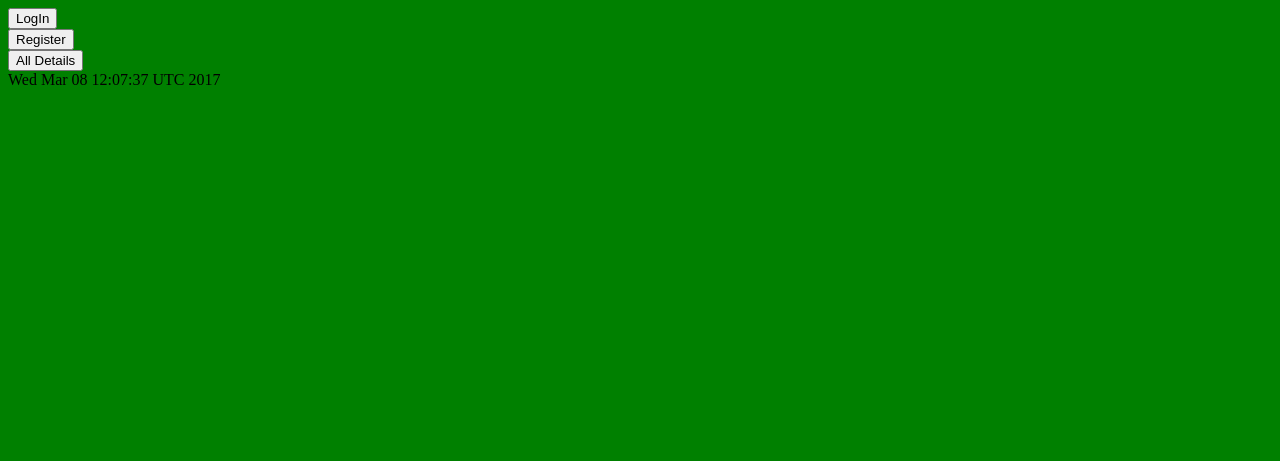
Repository: iamvinayhv/Servlet
Page: http://localhost/EmployeeApp/jsp/welcome.jsp
An editor plug-in stored every save of this project. The page is shown before and after the next save, followed by the edit.
The browser window is 1280 px wide. The pictures show the whole page.
The page is served by Tomcat 9. Other server files are loaded and not shown.

Above is the page before, as saved 2017-03-09 13:42:52.

### EmployeeApp/WebContent/jsp/welcome.jsp
<%@ page language="java" contentType="text/html; charset=UTF-8" import="java.util.*"
    pageEncoding="UTF-8"%>
<!DOCTYPE html PUBLIC "-//W3C//DTD HTML 4.01 Transitional//EN" "http://www.w3.org/TR/html4/loose.dtd">
<html>
<head>
<meta http-equiv="Content-Type" content="text/html; charset=UTF-8">
<title>Insert title here</title>
</head>
<body bgcolor="green">

<a href="login.jsp">
<input type="submit" value="LogIn"><br/></a>

<a href="register.jsp">
<input align="right" type= "submit" value="Register"></a><br/>

<a href="details.jsp">
<input align="right" type= "submit" value="All Details"></a><br/>


<% Date d=new Date();%>
<%=d %>
</body>
</html>

After the next save:
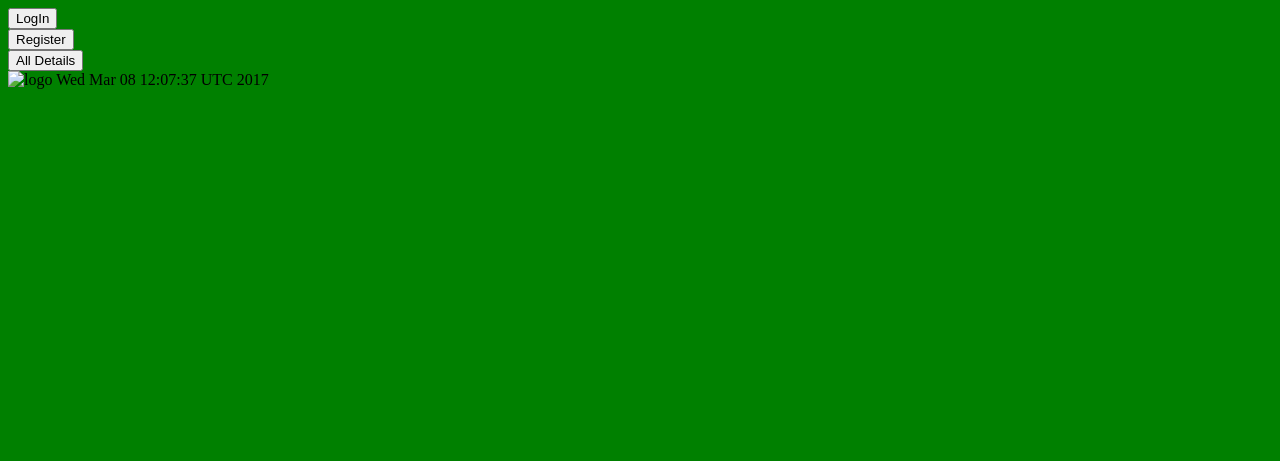
Not found: EmployeeApp/home/bridgeit/Desktop/tiger.jpg
Saved 8 min 2 s later.
--- a/EmployeeApp/WebContent/jsp/welcome.jsp
+++ b/EmployeeApp/WebContent/jsp/welcome.jsp
@@ -17,6 +17,7 @@
 <a href="details.jsp">
 <input align="right" type= "submit" value="All Details"></a><br/>
 
+<img alt="logo" src="/home/bridgeit/Desktop/tiger.jpg">
 
 <% Date d=new Date();%>
 <%=d %>

After the save that followed:
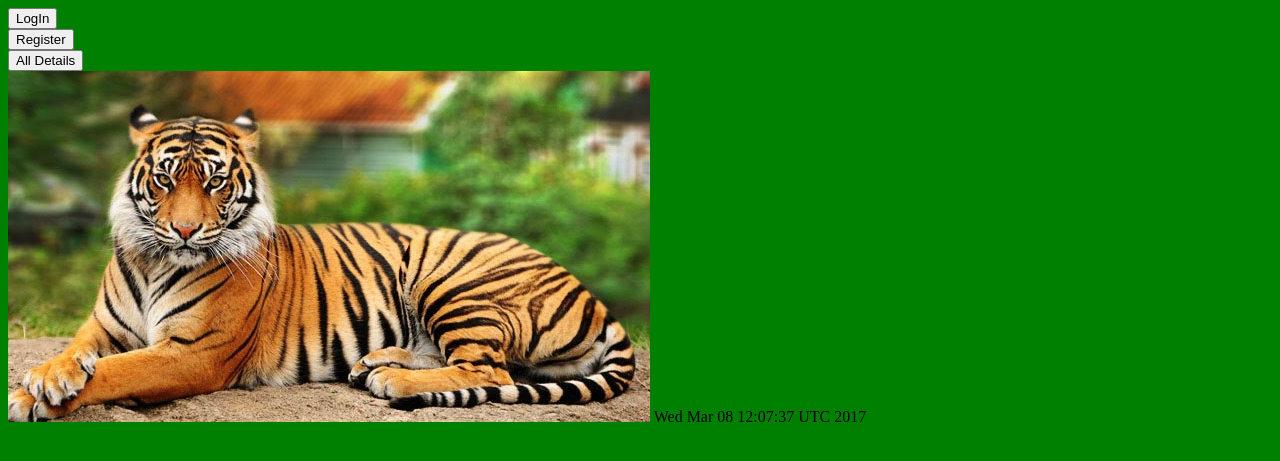
Saved 48 s later.
--- a/EmployeeApp/WebContent/jsp/welcome.jsp
+++ b/EmployeeApp/WebContent/jsp/welcome.jsp
@@ -17,7 +17,7 @@
 <a href="details.jsp">
 <input align="right" type= "submit" value="All Details"></a><br/>
 
-<img alt="logo" src="/home/bridgeit/Desktop/tiger.jpg">
+<img alt="logo" src="tiger.jpg">
 
 <% Date d=new Date();%>
 <%=d %>
